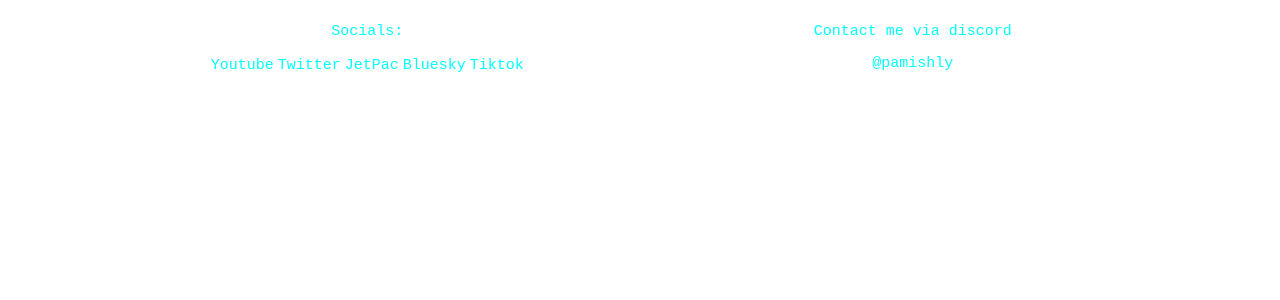
Repository: Pamishly/resources
Page: footer.html
These files come from the project's save history. The page is drawn as it stood at one moment and after the next save; the edit follows.
The browser window is 1280 px wide. The pictures show the whole page.

Above is the page before, as saved 2025-01-26 01:20:03.

### footer.html
<div id = "container">
<div id = "social">
<p>Socials:</p>
<a>Youtube</a>
<a>Twitter</a>
<a>JetPac</a>
<a>Bluesky</a>
<a>Tiktok</a>
</div>
<div id = contact>
    <p>Contact me via discord</p>
    <p>@pamishly</p>
</div>
</div>

<style>
    p, a{
        color: cyan;
        font-family: monospace;
        font-size: 15px;
        text-align: center;
    }
    #container {
        display: flex;
        justify-content: center;
        gap: 40px;
    }
    #contact {
        width: 40%;
        justify-items: center;
    }
    #social {
        width: 40%;
        justify-items: center;
    }
</style>

After the next save:
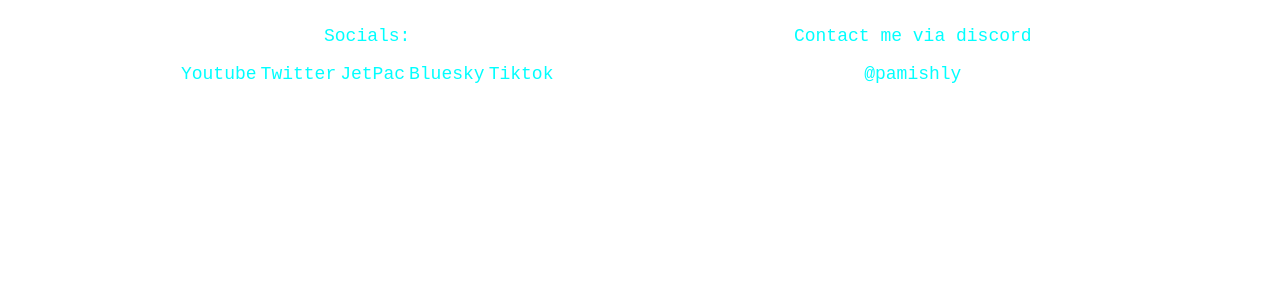
Saved 9 s later.
--- a/footer.html
+++ b/footer.html
@@ -17,7 +17,7 @@
     p, a{
         color: cyan;
         font-family: monospace;
-        font-size: 15px;
+        font-size: 18px;
         text-align: center;
     }
     #container {
